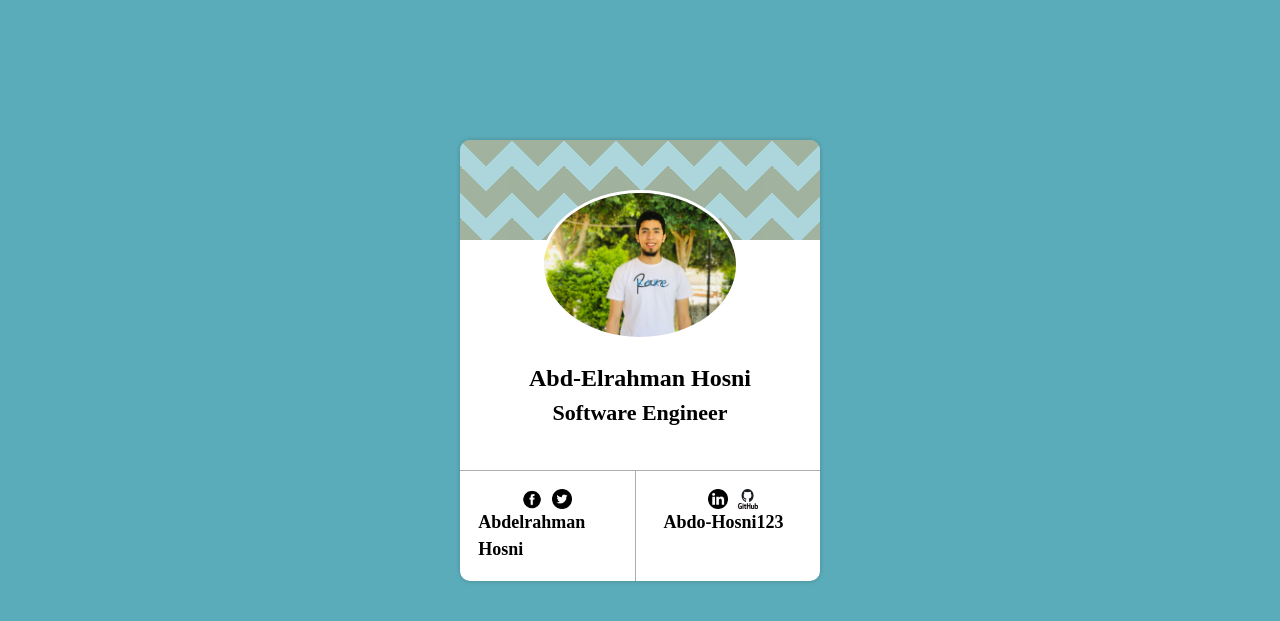
Repository: Abdo-Hosni123/Html-and-css-projects
Page: index.html
These files come from the project's save history. The page is drawn as it stood at one moment and after the next save; the edit follows.
The browser window is 1280 px wide. The pictures show the whole page.

Above is the page before, as saved 2023-12-06 01:21:16.

### index.html
<!doctype html>
<html lang="en">
  <head>
    <meta charset="UTF-8" />
    <meta name="viewport" content="width=device-width, initial-scale=1.0" />
    <title>Abd-Elrahman Honsi's profile component</title>
    <link rel="stylesheet" href="Style.css" />
  </head>
  <body>
    <div class="container">
      <article class="card">
        <div class="top"></div>
        <div class="middle">
          <img
            src="./assets/mypicture.jpg"
            alt="picture of Abdelrahman Hosni"
            class="card-img"
          />
          <h1 class="middle-title">Abd-Elrahman Hosni</h1>
          <h2 class="middle-des">Software Engineer</h2>
        </div>

            <div class="bottom">
                <div class="colum">
                    <div class="icons">
                        <a href="https://www.facebook.com/profile.php?id=100086974531004">
                            <img class="icon" src="/assets/facebook.png" alt="picture of facebook" />
                        </a>
                        <a href="your_twitter_link_here">
                            <img class="icon" src="/assets/twitter.png" alt="picture of twitter" />
                        </a>
                    </div>
                    <h3 class="username">Abdelrahman Hosni</h3>
                </div>
                <div class="colum">
                    <div class="icons">
                        <a href="https://www.linkedin.com/in/abdelrahman-hosni/">
                            <img class="icon" src="/assets/linkedin.png" alt="picture of linkedin " />
                        </a>
                        <a href="https://github.com/Abdo-Hosni123">
                            <img class="icon" src="/assets/github_PNG20-1.png" alt="picture of github " />
                        </a>
                    </div>
                    <h3 class="username">Abdo-Hosni123</h3>
                </div>
            </div>
        </article>
    </div>
</body>
</html>

      </article>
    </div>
  </body>
</html>

### Style.css
*,
*::before,
*::after {
  box-sizing: border-box;
}
* {
  margin: 0;
}
body {
  line-height: 1.5;
  -webkit-font-smoothing: antialiased;
}

img,
picture,
video,
canvas,
svg {
  display: block;
  max-width: 100%;
}

input,
button,
textarea,
select {
  font: inherit;
}

p,
h1,
h2,
h3,
h4,
h5,
h6 {
  overflow-wrap: break-word;
}

#root,
#__next {
  isolation: isolate;
}
.container {
  display: flex;
  align-items: center;
  justify-content: center;
  min-height: 100vh;
  background-color: #5bacba;
}
.card {
  display: flex;
  flex-direction: column;
  min-width: 350px;
  border-radius: 10px;
  overflow: hidden;
  background-color: white;
  box-shadow: 0 0 5px rgb(0, 0, 0, 0.2);
}
.top {
  height: 100px;
  background-color: #e5e5f7;
  opacity: 0.8;

  background-color: #5bacba;
  opacity: 0.5;
  background-image: linear-gradient(135deg, #446740 25%, transparent 25%),
    linear-gradient(225deg, #446740 25%, transparent 25%),
    linear-gradient(45deg, #446740 25%, transparent 25%),
    linear-gradient(315deg, #446740 25%, #5bacba 25%);
  background-position:
    26px 0,
    26px 0,
    0 0,
    0 0;
  background-size: 52px 52px;
  background-repeat: repeat;
  z-index: 1;
}
.middle {
  display: flex;
  flex-direction: column;
  justify-content: center;
  align-items: center;

  height: 200px;
}

.card-img {
  margin-top: -60px;
  border-radius: 50%;
  border: 3px solid white;
  height: 150px;
  z-index: 2;
  margin-bottom: 20px;
}
.middle-des {
  font-size: 22px;
}
.bottom {
  display: flex;
  gap: 10px;
  margin-top: 30px;
  border-top: 1px solid rgb(174, 172, 172);
  flex: 1;
}
.colum {
  padding: 18px;
  flex: 1;
}
.colum:nth-child(1) {
  border-right: 1px solid rgb(174, 172, 172);
}
.icons {
  display: flex;
  align-items: center;
  justify-content: center;
  gap: 10px;
}
.icon {
  height: 20px;
  width: 20px;
}
.username {
  font-size: 18px;
}

After the next save:
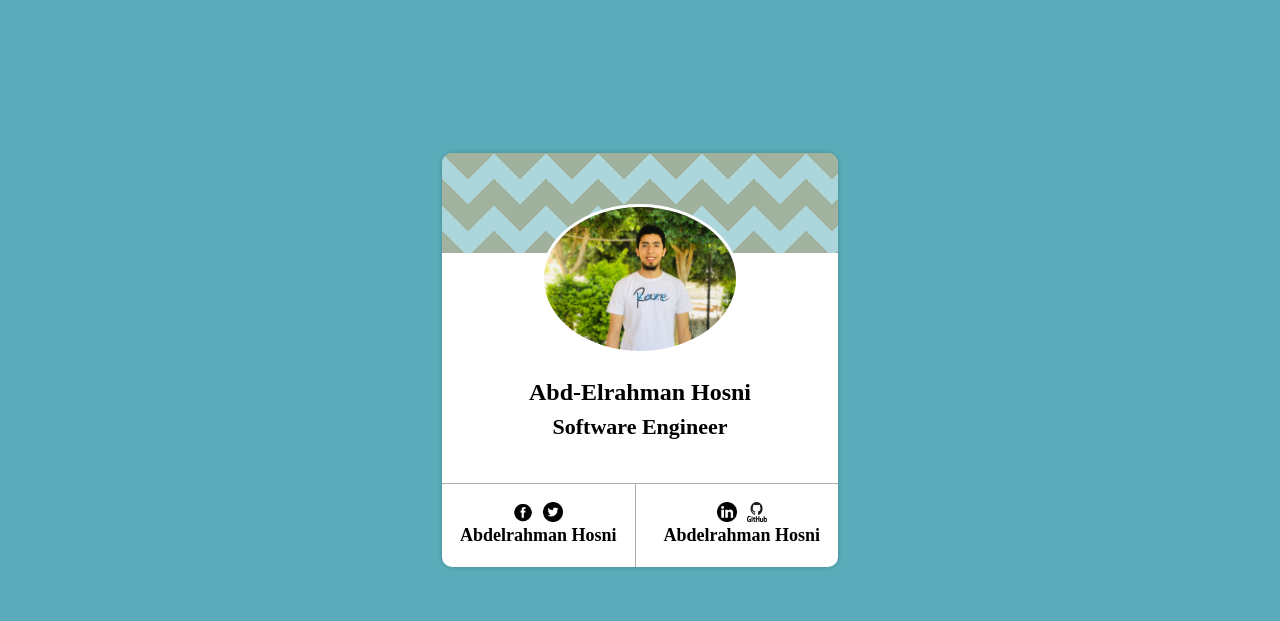
Saved 52 s later.
--- a/index.html
+++ b/index.html
@@ -41,7 +41,7 @@
                             <img class="icon" src="/assets/github_PNG20-1.png" alt="picture of github " />
                         </a>
                     </div>
-                    <h3 class="username">Abdo-Hosni123</h3>
+                    <h3 class="username">Abdelrahman Hosni</h3>
                 </div>
             </div>
         </article>

After the save that followed:
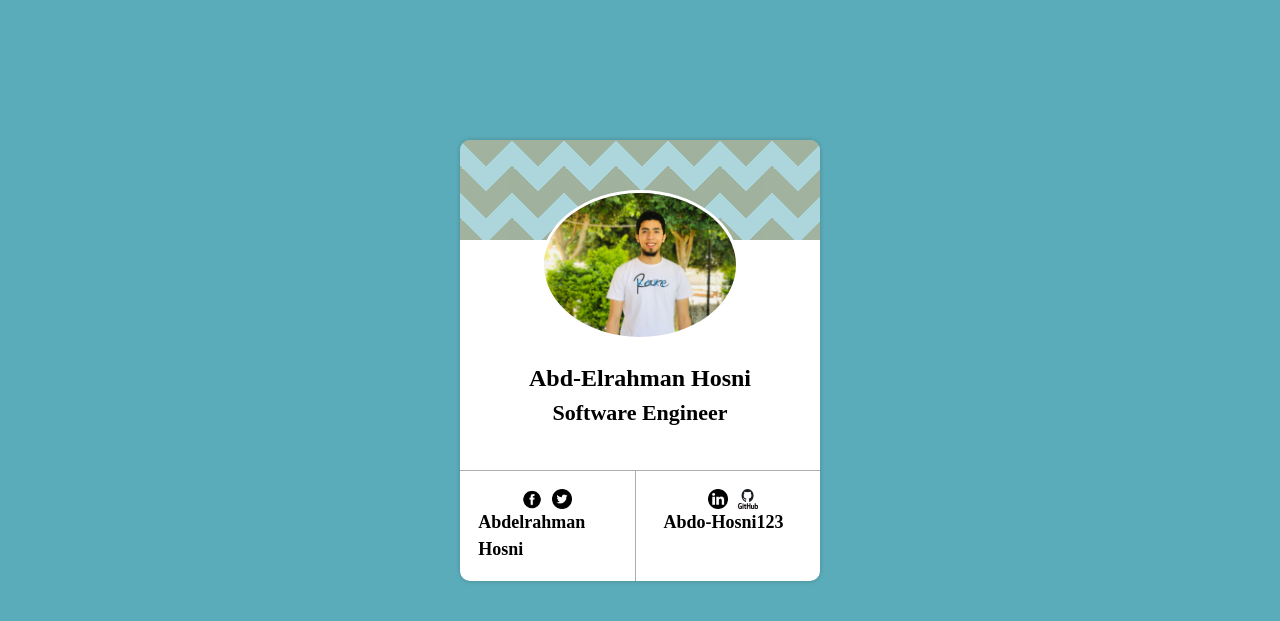
Saved 15 s later.
--- a/index.html
+++ b/index.html
@@ -41,7 +41,7 @@
                             <img class="icon" src="/assets/github_PNG20-1.png" alt="picture of github " />
                         </a>
                     </div>
-                    <h3 class="username">Abdelrahman Hosni</h3>
+                    <h3 class="username">Abdo-Hosni123</h3>
                 </div>
             </div>
         </article>
